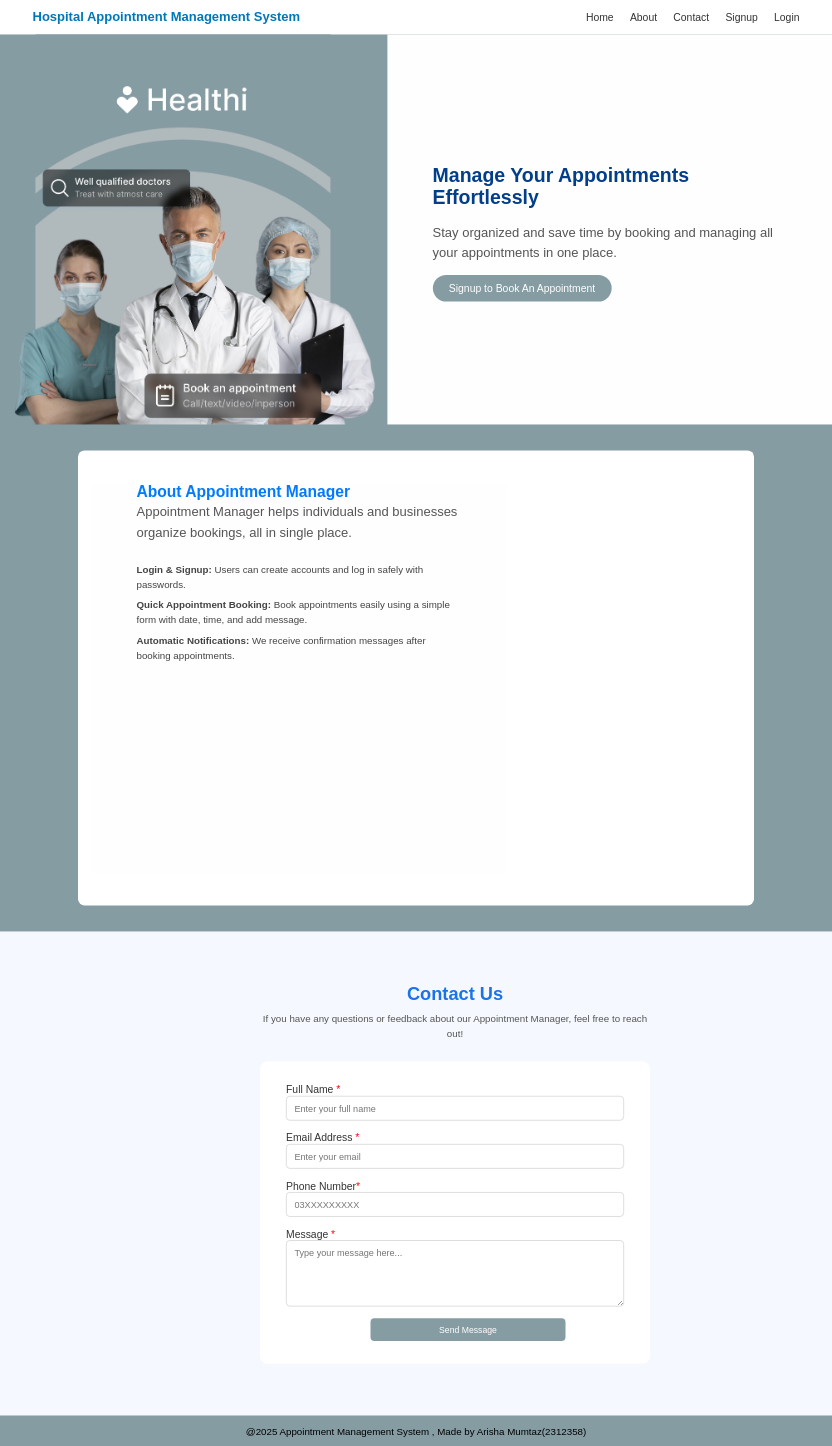
Repository: Arisha004/hospital-management-midterm-
Page: http://localhost/landingpage.html
The author's editor kept a copy of each file at every save. The page is drawn from the files as they stood at one save, then again after the next save.
The browser window is 1280 px wide. The pictures show the whole page, at 65% of full size.
The page is run by PHP 8.4 with error messages shown; the project is at /var/www/html/.

Above is the page before, as saved 2025-11-08 14:34:15.

### landingpage.html

<html>
<head>
  <title>Appointment Management System</title>
  <link rel="stylesheet" href="style.css">
  <style>

  h2 {
    color: #007bff;
  }
  button{
  display: inline-block;
  background-color: #869CA3;
  color: #fff;
  padding: 10px 22px;
  border: none;
  border-radius: 6px;
  cursor: pointer;
  font-weight: 500;
   text-align: center;
}


a{
  color: white;
  text-decoration: none;
}
  </style>
</head>
<body>
  <header class="navbar">
    <div class="logo">Hospital Appointment Management System</div>
    <nav>
      <ul>
        <li><a href="#landing">Home</a></li>
        <li><a href="about.html">About</a></li>
        <li><a href="contact.html">Contact</a></li>
        <li><a href="signup.php">Signup</a></li>
        <li><a href="login.php">Login</a></li>

      </ul>
    </nav>
  </header>


  <section class="landing">
      <div class="right"></div>
    <div class="left">
      <h1>Manage Your Appointments Effortlessly</h1>
      <p>Stay organized and save time by booking and managing all your appointments in one place.</p>
      <a href="signup.php" class="btn">Signup to Book An Appointment</a>
    </div>

  </section>
  <section class="container about-inner">

    <section class="landing">
      <div class="rightabout"></div>
    <div class="left">

        <h2>About Appointment Manager</h2>
        <p>Appointment Manager helps individuals and businesses organize bookings, all in single place.</p>
        <ul class="features">
              <li><strong> Login & Signup:</strong> Users can create accounts and log in safely with  passwords.</li>
<li><strong>Quick Appointment Booking:</strong> Book appointments easily using a simple form with date, time, and add message.</li>
<li><strong>Automatic Notifications:</strong> We receive confirmation messages after booking appointments.</li>

        </ul>
      </div>
    </div>
  </section>
 </section>
<section id="contact" class="contact">
    <div class="container contact-inner">
      <h2>Contact Us</h2>
      <p>If you have any questions or feedback about our Appointment Manager, feel free to reach out!</p>

      <form action="insertcontactform.php" method="post" class="contact-form">
        <div class="form-group">
          <label>Full Name <span>*</span></label>
          <input type="text" id="name" name="name" placeholder="Enter your full name" pattern="^[A-Za-z]{3,}( [A-Za-z]+)?$" title="Full name should contain only letters and spaces, and must be at least 3 characters long.">

        </div>

        <div class="form-group">
          <label>Email Address <span>*</span></label>
          <input type="email" id="email" name="email" placeholder="Enter your email" title="Please enter a valid email address, e.g. example@gmail.com." required>
        </div>

        <div class="form-group">
          <label>Phone Number<span>*</span></label>
          <input type="tel" id="phone" name="phone" placeholder="03XXXXXXXXX" required pattern="[0-9]{11}" title="Enter 11-digit number only">
        </div>

        <div class="form-group">
          <label>Message <span>*</span></label>
          <textarea id="message" name="message" rows="5" placeholder="Type your message here..." required  pattern=".*\S.*" minlength="10"  title="Message must be at least 10 characters long.Cannot enter only spaces"></textarea>
        </div>

        <button type="submit" class="btn">Send Message</button>
      </form>
    </div>
</section>



  <footer>
    <p> @2025 Appointment Management System , Made by Arisha Mumtaz(2312358)</p>
  </footer>
</body>
</html>

### style.css

* {
  margin: 0;
  padding: 0;
  font-family: 'Poppins', sans-serif;
}

body {
  background: #869CA3;
  color: #333;
}

.about {
  background-color: #f9f9f9;
  padding: 80px 0; /*80px top & bottom, 0 left & right */
}

.about-image img {

  width: 450px;
  border-radius: 10px;
}

.about-content {
  margin-top: 20px;
  width: 300px;
}

.about-content h2 {
  font-size: 28px;
  color: #1a73e8;
  margin-bottom: 15px;
}

.about-content p {
  font-size: 16px;
  color: #555;
  line-height: 1.6;
  margin-bottom: 20px;
}

.features {
  list-style: none;
  padding: 0;
  margin-bottom: 25px;
}

.features li {
  margin-bottom: 10px;
  color: #444;
  font-size: 15px;
  line-height: 1.5;
}



.contact {
  background-color: #f5f9ff;
  padding: 80px 0;
}

.contact-inner {
  width: 600px;
  margin-left: 400PX;
  text-align: center;
}

.contact h2 {
  font-size: 28px;
  color: #1a73e8;
  margin-bottom: 10px;
}

.contact p {
  color: #555;
  margin-bottom: 30px;
  font-size: 15px;
  line-height: 1.6;
}

.card {
  background-color: #869CA3;
  width: 280px;
  padding: 20px;
  border-radius: 10px;
  box-shadow: 0 0 8px rgba(0,0,0,0.1);
  text-align: left;
}
.card-container {
  display: flex;
  justify-content: center;
  gap: 20px;
}


.card h4 {
  font-size: 18px;
  margin-bottom: 10px;
  color: lightcyan;
}

.card p {
  font-size: 15px;
  color: whitesmoke;
  line-height: 1.5;
}



.contact-form {
  background-color: #fff;
  padding: 35px 40px;
  border-radius: 12px;
  text-align: left;
}

.form-group {
  margin-bottom: 18px;
}
.about-cards {
  text-align: center;
  padding: 40px 20px;
  background-color: #f5f5f5;
}

.about-cards h3 {
  font-size: 24px;
  margin-bottom: 30px;
  color: black;
}


label {
  font-weight: 500;
  margin-bottom: 6px;
  color: #333;
}

label span {
  color: red;
}

input, textarea {
  width: 100%;
  padding: 10px 12px;
  border: 1px solid #ccc;
  border-radius: 6px;
  font-size: 14px;
}



.contact-form .btn {
  display: inline-block;
  background-color: #869CA3;
  color: #fff;
  padding: 10px 22px;
  border: none;
  border-radius: 6px;
  cursor: pointer;
  font-weight: 500;

  margin-left: 130px;
   text-align: center;
}


.navbar {
  display: flex;
  justify-content: space-between;
  align-items: center;
  padding: 15px 50px;
  background: #fff;

 }

.navbar .logo {
  font-weight: 700;
  font-size: 20px;
  color: #0077b6;
}

.navbar ul {
  display: flex;
  list-style: none;
}

.navbar ul li a {
  text-decoration: none;
  color: #333;
  margin-left: 25px;
}

/*.landing becomes a flex container.
Its children (e.g., .left and .right) automatically become flex items.flex items are IN horizontally (row direction).*/

.landing {
  display: flex;
  height: 600px;
}

.landing .leftabout {
  display: flex;
  height: 300px;
}


  button{

  display: inline-block;
  background-color: #869CA3;
  color: #fff;
  padding: 10px 22px;
  border: none;
  border-radius: 6px;
  cursor: pointer;
  font-weight: 500;

   text-align: center;
}


.landing .left,.landingabout .leftabout {

  width: 50%;
  padding: 0 70px; /*adds 70px space on left and right (inner spacing).*/
  background: #fefefe;
}


.landing .left h1 {
  margin-top: 200px;
  font-size: 30px;
  color: #023e8a;
  margin-bottom: 20px;
}

.landing .left p {
  font-size: 20px;
  color: #555;
  margin-bottom: 30px;
  line-height: 1.6;
}

.btn {
  background: #869CA3;
  color: #fff;
  padding: 12px 25px;
  border-radius: 30px;
  text-decoration: none;
  font-weight: 300;
  width: 300px;
}


.landing .right {
  width:700px;
  background:url(images/pic1.png);
  background-repeat: no-repeat;
  background-size: cover;
}





.form1-container {
  width: 520px;
  margin: 80px auto;
  background: white;
  padding: 20px;
  border-radius: 8px;
}

.form1-container h2 {
  text-align: center;
  color: #333;
}

.form1-container label {
  display: block;
  margin-top: 10px;
  color: #555;
}

.form1-container input {
  width: 100%;
  padding: 8px;
  margin-top: 5px;
  border: 1px solid #ccc;
  border-radius: 4px;
}

.form1-container button {
  width: 100%;
  margin-top: 15px;
  padding: 10px;
  background: #869CA3;
  border: none;
  color: white;
  border-radius: 4px;
  cursor: pointer;
}


.form1-container p {
  text-align: center;
  margin-top: 10px;
}

.success {
  text-align: center;
  background: #d4edda;
  color: #155724;
  padding: 8px;
  border-radius: 5px;
  margin: 10px auto;
  width: 320px;
}

.error {
  text-align: center;
  background: #f8d7da;
  color: #721c24;
  padding: 8px;
  border-radius: 5px;
  margin: 10px auto;
  width: 320px;
}

footer {
  text-align: center;
  padding: 15px;
 background-color:#869CA3;
  color: black;
  font-size: 15px;

}

.container.about-inner {
  padding: 50px 20px;
  background-color: #fff;
  margin: 40px auto;
  width: 1000px;
  border-radius: 10px;

}
.landingabout .rightabout {
  width:500px;
  background:url(images/pic2.png);
  background-repeat: no-repeat;
  background-size: contain;
}



.about-content {
  width: 600px;
}

.about-content h2 {
  font-size: 28px;
  margin-bottom: 15px;
  color: #222;
}

.about-content p {
  font-size: 16px;
  line-height: 1.6;
  margin-bottom: 15px;
}

After the next save:
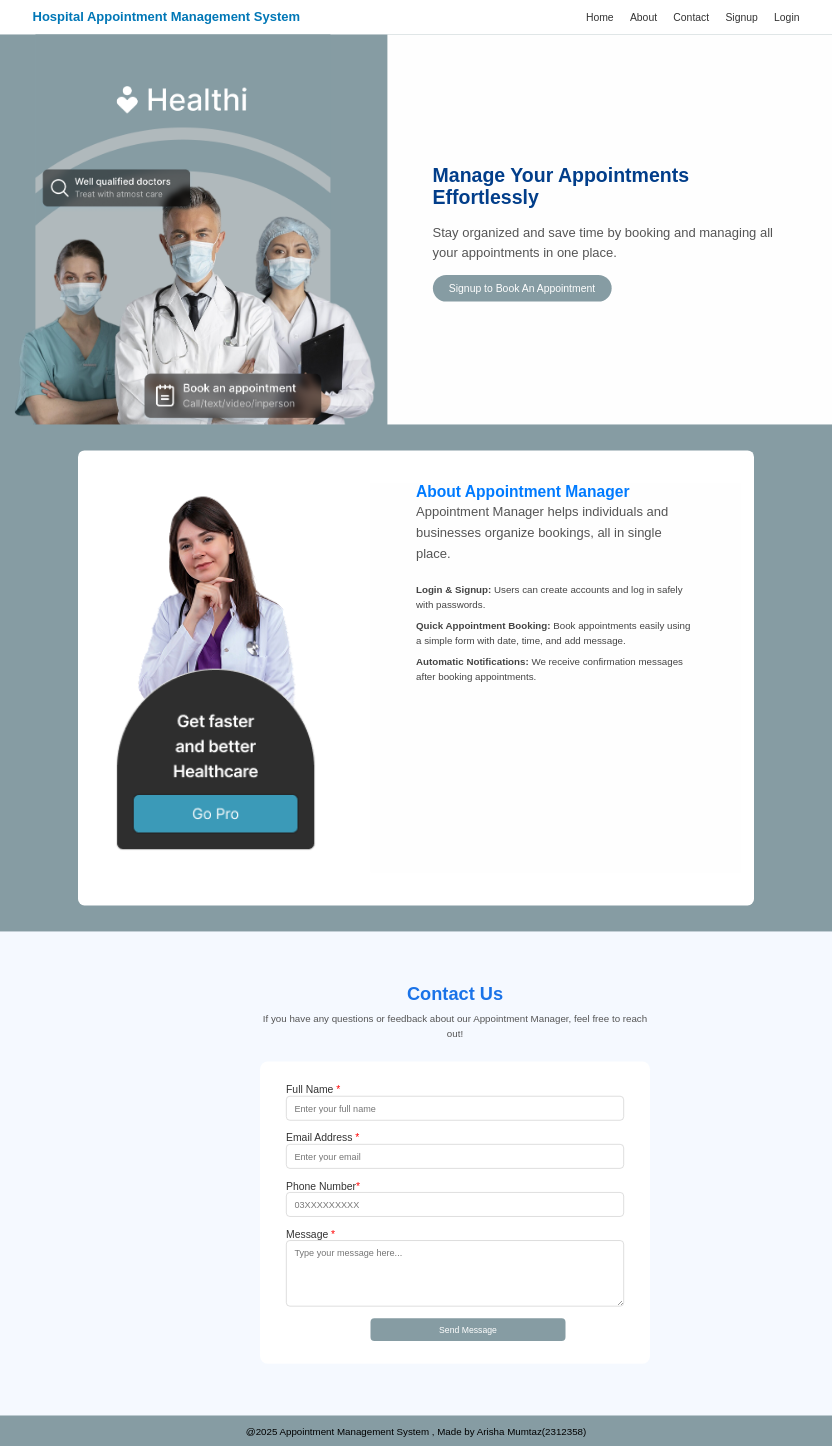
Saved 4 s later.
--- a/style.css
+++ b/style.css
@@ -345,7 +345,7 @@ footer {
   border-radius: 10px;
 
 }
-.landingabout .rightabout {
+.landing .rightabout {
   width:500px;
   background:url(images/pic2.png);
   background-repeat: no-repeat;
